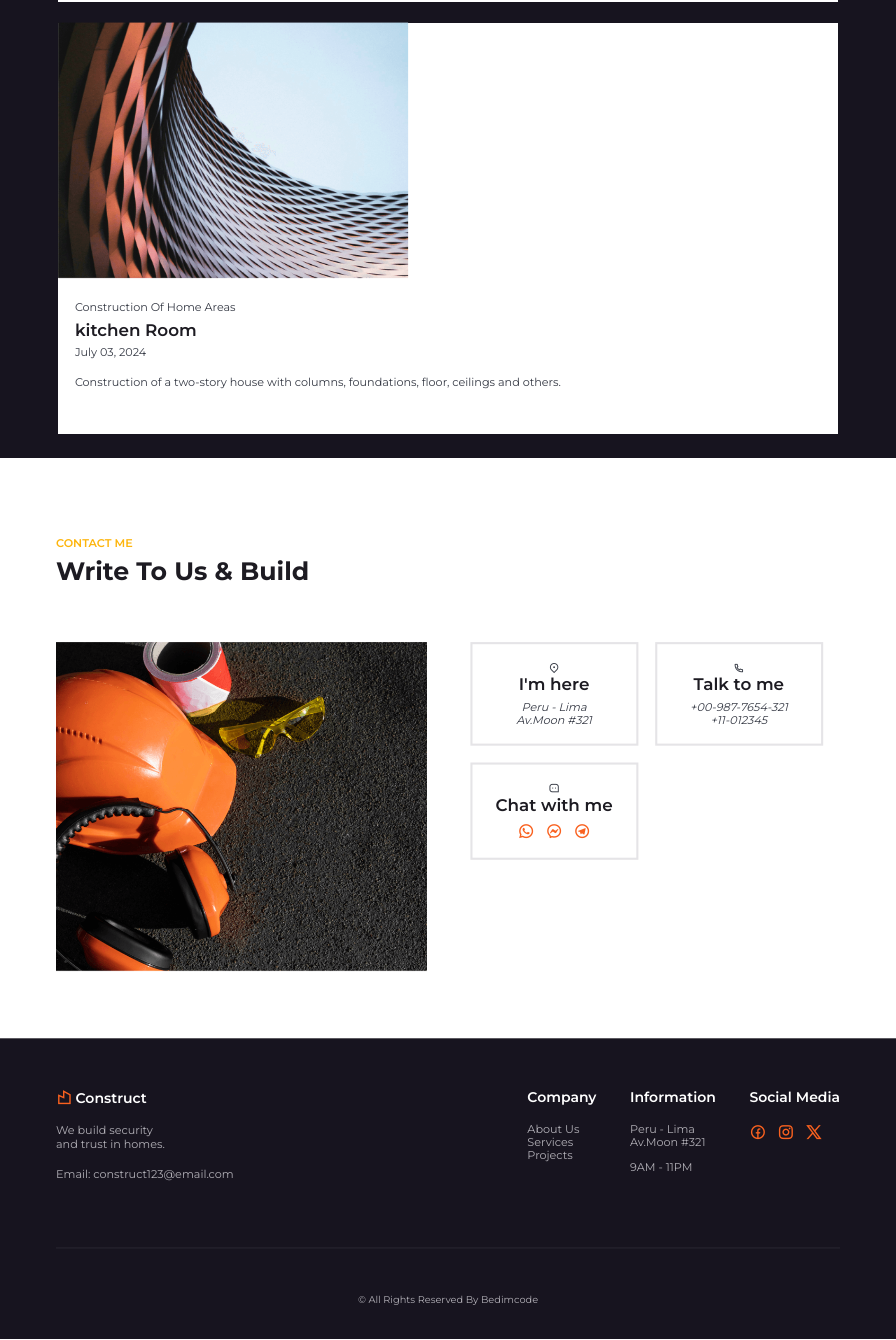
Repository: douglasabnovato/construction
Page: index.html
The author's editor kept a copy of each file at every save. The page is drawn from the files as they stood at one save, then again after the next save.
The browser window is 1280 px wide. The pictures show the part of the page from y = 3855 to 5775 px (the page is 5769 px tall before and 5775 px after), at 70% of full size.

Above is the page before, as saved 2025-05-02 11:58:28.
Console error: ReferenceError: ScrollReveal is not defined

After the next save:
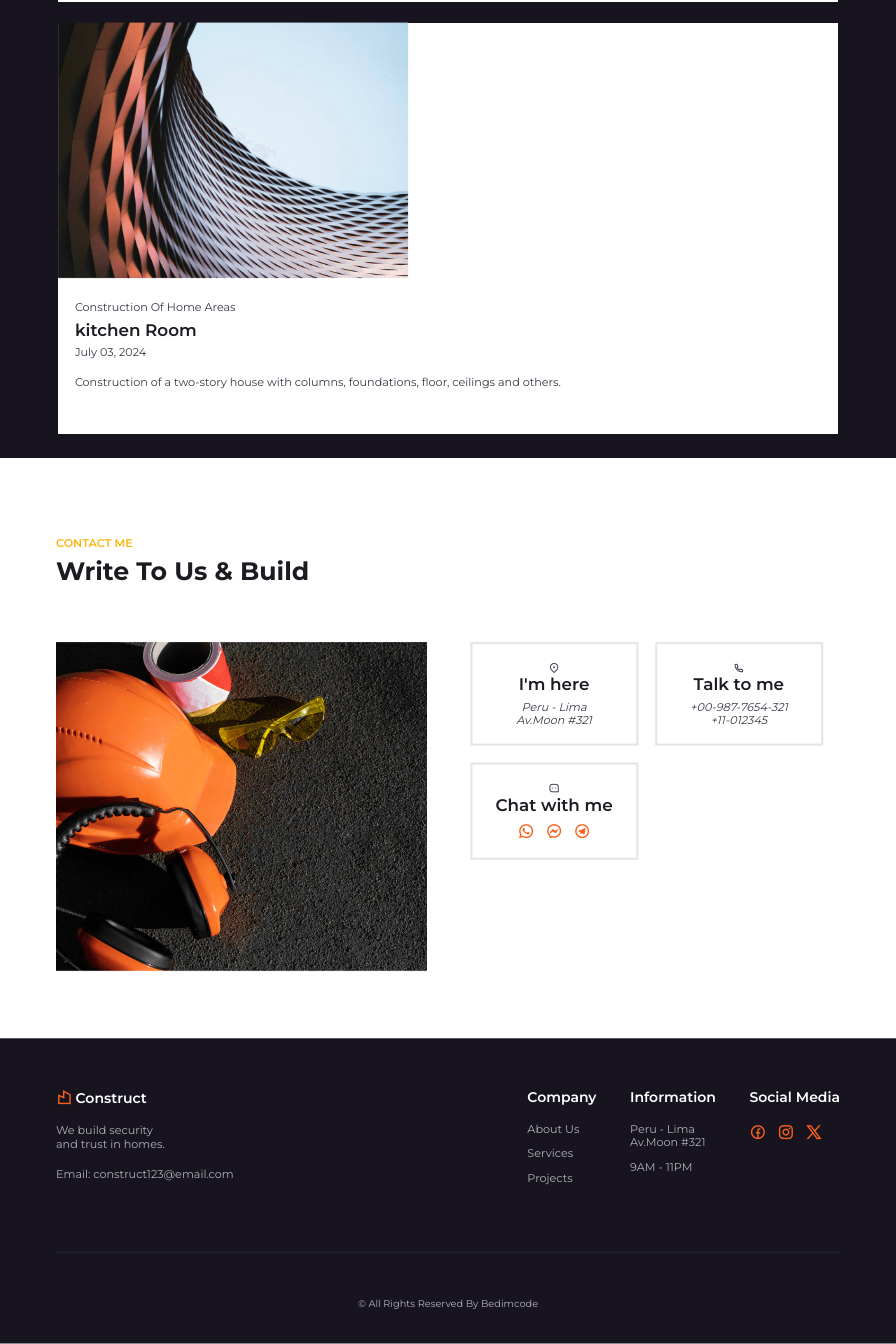
Saved 40 s later.
--- a/index.html
+++ b/index.html
@@ -403,7 +403,7 @@
         <div class="footer__content grid">
           <div>
             <h3 class="footer__title">Company</h3>
-            <ul class="footer_links">
+            <ul class="footer__links">
               <li><a href="#about" class="footer__link">About Us </a></li>
               <li><a href="#services" class="footer__link">Services </a></li>
               <li><a href="#projects" class="footer__link">Projects</a></li>
